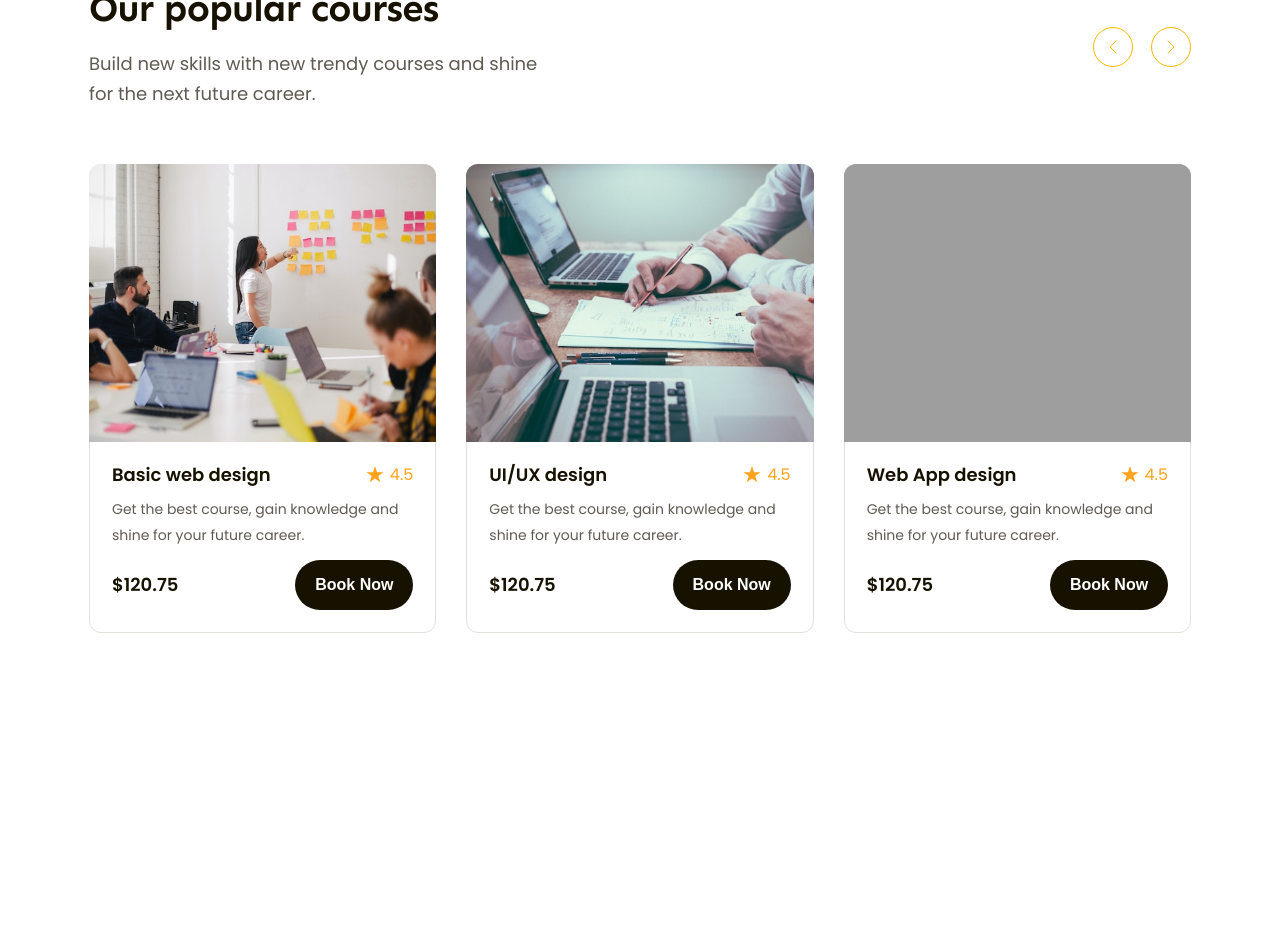
Repository: anhtien111198/f8-htmlcss-02
Page: index.html
The author's editor kept a copy of each file at every save. The page is drawn from the files as they stood at one save, then again after the next save.
The browser window is 1280 px wide. The pictures show the part of the page from y = 1115 to 2067 px (the page is 5000 px tall).
Pictures or frames that could not be fetched are drawn as grey boxes. A picture or video elsewhere on the page could not be fetched, so the positions and the page height are approximate.

Above is the page before, as saved 2023-05-09 10:55:53.

### index.html
<!DOCTYPE html>
<html lang="en">
    <head>
        <meta charset="UTF-8" />
        <meta http-equiv="X-UA-Compatible" content="IE=edge" />
        <meta name="viewport" content="width=device-width, initial-scale=1.0" />
        <title>F8 project 02</title>
        <!-- reset css -->
        <link rel="stylesheet" href="./assets/css/reset.css" />
        <!-- font style -->
        <link rel="preconnect" href="https://fonts.googleapis.com" />
        <link rel="preconnect" href="https://fonts.gstatic.com" crossorigin />
        <link
            href="https://fonts.googleapis.com/css2?family=Poppins:ital,wght@0,400;0,500;0,600;0,700;0,800;0,900;1,400&family=Sen:wght@700&display=swap"
            rel="stylesheet"
        />
        <!-- style css -->
        <link rel="stylesheet" href="./assets/css/style.css" />
    </head>
    <body>
        <main style="height: 5000px">
            <!-- header -->
            <header class="header fixed">
                <div class="main-content">
                    <div class="body">
                        <img
                            src="./assets/img/Logo.svg"
                            alt="lesson."
                            class="logo"
                        />
                        <!-- nav -->
                        <nav class="nav">
                            <ul>
                                <li class="active">
                                    <a href="#!">Home</a>
                                </li>
                                <li>
                                    <a href="#!">Courses</a>
                                </li>
                                <li>
                                    <a href="#!">Pricing</a>
                                </li>
                                <li>
                                    <a href="#!">Reviews</a>
                                </li>
                            </ul>
                        </nav>
                        <!-- action -->
                        <div class="action">
                            <a href="#!" class="btn sign-up-btn">Sign Up</a>
                        </div>
                    </div>
                </div>
            </header>
            <!-- Hero -->
            <div class="hero">
                <div class="main-content">
                    <div class="body">
                        <!-- hero-left -->
                        <div class="media-block">
                            <img
                                src="./assets/img/hero-img-2.jpg"
                                alt="Learn without limits and spread knowledge."
                                class="img"
                            />
                            <div class="hero-summary">
                                <div class="item">
                                    <div class="icon">
                                        <img
                                            src="./assets/icons/list.svg"
                                            alt="list"
                                        />
                                    </div>
                                    <div class="info">
                                        <p class="label">20 Courses</p>
                                        <p class="title">UI/UX Design</p>
                                    </div>
                                </div>

                                <div class="item">
                                    <div class="icon">
                                        <img
                                            src="./assets/icons/code.svg"
                                            alt="list"
                                        />
                                    </div>
                                    <div class="info">
                                        <p class="label">20 Courses</p>
                                        <p class="title">Development</p>
                                    </div>
                                </div>

                                <div class="item">
                                    <div class="icon">
                                        <img
                                            src="./assets/icons/speaker.svg"
                                            alt="list"
                                        />
                                    </div>
                                    <div class="info">
                                        <p class="label">30 Courses</p>
                                        <p class="title">Marketing</p>
                                    </div>
                                </div>
                            </div>
                        </div>
                        <!-- hero right -->
                        <div class="content-block">
                            <h1 class="heading lv1">
                                Learn without limits and spread knowledge.
                            </h1>
                            <p class="desc">
                                Build new skills for that “this is my year”
                                feeling with courses, certificates, and degrees
                                from world-class universities and companies.
                            </p>
                            <div class="cta-group">
                                <a href="" class="btn hero-cta">See Course</a>
                                <button class="watch-video">
                                    <div class="icon">
                                        <img
                                            src="./assets/icons/play.svg"
                                            alt="play"
                                        />
                                    </div>
                                    <span>Watch Video</span>
                                </button>
                            </div>
                            <p class="desc">Recent engagement</p>
                            <p class="desc stats">
                                <strong>50K</strong> Students
                                <strong>70+</strong> Courses
                            </p>
                        </div>
                    </div>
                </div>
            </div>
            <!-- Popular -->
            <div class="popular">
                <div class="main-content">
                    <div class="popular-top">
                        <div class="info">
                            <h2 class="heading lv2">Our popular courses</h2>
                            <p class="desc">
                                Build new skills with new trendy courses and
                                shine for the next future career.
                            </p>
                        </div>
                        <div class="controls">
                            <button class="control-btn">
                                <svg
                                    width="8"
                                    height="14"
                                    viewBox="0 0 8 14"
                                    fill="none"
                                    xmlns="http://www.w3.org/2000/svg"
                                >
                                    <path
                                        d="M7 1L1 7L7 13"
                                        stroke="currentColor"
                                        stroke-linecap="round"
                                        stroke-linejoin="round"
                                    />
                                </svg>
                            </button>
                            <button class="control-btn">
                                <svg
                                    width="8"
                                    height="14"
                                    viewBox="0 0 8 14"
                                    fill="none"
                                    xmlns="http://www.w3.org/2000/svg"
                                >
                                    <path
                                        d="M1 1L7 7L1 13"
                                        stroke="currentColor"
                                        stroke-linecap="round"
                                        stroke-linejoin="round"
                                    />
                                </svg>
                            </button>
                        </div>
                    </div>

                    <div class="course-list">
                        <!-- course 1 -->
                        <div class="course-item">
                            <a href="#!">
                                <img
                                    src="./assets/img/course-1.jpg"
                                    alt="Basic web design"
                                    class="thumb"
                                />
                            </a>
                            <div class="info">
                                <div class="head">
                                    <h3 class="title">Basic web design</h3>
                                    <div class="rating">
                                        <img
                                            src="./assets/icons/star.svg"
                                            alt="star"
                                            class="star"
                                        />
                                        <span class="value">4.5</span>
                                    </div>
                                </div>
                                <p class="desc">
                                    Get the best course, gain knowledge and
                                    shine for your future career.
                                </p>
                                <div class="foot">
                                    <span class="price">$120.75</span>
                                    <button class="btn book-btn">
                                        Book Now
                                    </button>
                                </div>
                            </div>
                        </div>

                        <!-- course-2 -->
                        <div class="course-item">
                            <a href="">
                                <img
                                    src="./assets/img/course-2.jpg"
                                    alt="UI/UX design"
                                    class="thumb"
                                />
                            </a>
                            <div class="info">
                                <div class="head">
                                    <h3 class="title">UI/UX design</h3>
                                    <div class="rating">
                                        <img
                                            src="./assets/icons/star.svg"
                                            alt="star"
                                            class="star"
                                        />
                                        <span class="value">4.5</span>
                                    </div>
                                </div>
                                <p class="desc">
                                    Get the best course, gain knowledge and
                                    shine for your future career.
                                </p>
                                <div class="foot">
                                    <span class="price">$120.75</span>
                                    <button class="btn book-btn">
                                        Book Now
                                    </button>
                                </div>
                            </div>
                        </div>
                        <!-- course 3 -->
                        <div class="course-item">
                            <a href="">
                                <img
                                    src="./assets/img/course-3.jpg"
                                    alt="Web App design"
                                    class="thumb"
                                />
                            </a>
                            <div class="info">
                                <div class="head">
                                    <h3 class="title">Web App design</h3>
                                    <div class="rating">
                                        <img
                                            src="./assets/icons/star.svg"
                                            alt="star"
                                            class="star"
                                        />
                                        <span class="value">4.5</span>
                                    </div>
                                </div>
                                <p class="desc">
                                    Get the best course, gain knowledge and
                                    shine for your future career.
                                </p>
                                <div class="foot">
                                    <span class="price">$120.75</span>
                                    <button class="btn book-btn">
                                        Book Now
                                    </button>
                                </div>
                            </div>
                        </div>
                    </div>
                </div>
            </div>
        </main>
    </body>
</html>

### assets/css/style.css
* {
    box-sizing: border-box;
}
:root {
    --primary: #ffb900;
    --font-heading: Sen, sans-serif;
}
html {
    font-size: 62.5%;
}
body {
    font-size: 1.6rem;
    font-family: "Poppins", sans-serif;
}
/* =========Common============= */
a {
    text-decoration: none;
}
.btn {
    display: inline-block;
    min-width: 118px;
    padding: 0 16px;
    line-height: 50px;
    font-weight: 600;
    font-size: 1.6rem;
    text-align: center;
    color: #ffffff;
    background: #171100;
    border-radius: 999px;
}
.btn:hover {
    cursor: pointer;
    opacity: 0.9;
}
.heading {
    font-family: var(--font-heading);
    font-weight: 700;
    letter-spacing: -0.02em;
    color: #171100;
}
.heading.lv1 {
    font-size: 5.8rem;
    line-height: 1.17;
}
.heading.lv2 {
    font-size: 3.8rem;
    line-height: 1.26;
}
.main-content {
    width: 1170px;
    max-width: calc(100% - 48px);
    margin: auto;
}
/* =========Header============= */
.header {
    background-color: #fffcf4;
}
.header.fixed {
    position: sticky;
    top: -28px;
    z-index: 9;
}
.header .body {
    display: flex;
    align-items: center;
    padding: 36px 0 8px;
}
.nav {
    margin-left: auto;
}
.nav ul {
    display: flex;
}
.nav a {
    position: relative;
    padding: 8px 21px;
    font-weight: 400;
    font-size: 1.6rem;
    color: #5f5b53;
}
.nav a:hover,
.nav li.active a {
    /* font-weight: 600; */
    text-shadow: 1px 0 0 currentColor;
    color: #171100;
}
.nav li.active a::after {
    position: absolute;
    content: "";
    bottom: 6px;
    left: 21px;
    display: block;
    width: 12px;
    height: 2px;
    background: #171100;
    border-radius: 1px;
}
.header .sign-up-btn {
    min-width: 144px;
}
.header .action {
    margin-left: 49px;
}
/* =========hero============== */
.hero {
    padding: 56px 0 65px;
    background: #fffcf4;
}
.hero .body {
    display: flex;
}

/* ========hero left============== */
.hero .media-block {
    position: relative;
    width: 48%;
}
.hero .media-block .img {
    width: 470px;
    height: 685px;
    object-fit: cover;
    border-radius: 20px;
    /* dùng để xử lý phần thừa khi sử dụng thẻ inline */
    display: block;
}
.hero-summary {
    position: absolute;
    width: 270px;
    padding: 24px;
    right: 0;
    bottom: 48px;
    background: #ffffff;
    box-shadow: 0px 16px 32px rgba(0, 0, 0, 0.05);
    border-radius: 12px;
}
.hero-summary .item {
    display: flex;
    align-items: center;
}
.hero-summary .item + .item {
    margin-top: 22px;
}
.hero-summary .icon {
    width: 48px;
    height: 48px;
    border-radius: 50%;
    display: flex;
    justify-content: center;
    align-items: center;
    background: #fff9e8;
}
.hero-summary .item:nth-of-type(2) .icon {
    background: #fcefff;
}
.hero-summary .item:nth-of-type(2) .icon {
    background: #ebeaff;
}
.hero-summary .info {
    margin-left: 16px;
}
.hero-summary .label {
    font-weight: 400;
    font-size: 1.4rem;
    line-height: 1.86;
    color: #5f5b53;
}
.hero-summary .title {
    font-weight: 600;
    font-size: 1.8rem;
    line-height: 1.67;
    color: #171100;
}

/* =========hero right============= */
.hero .content-block {
    width: 52%;
    padding: 64px 0 0 130px;
}

.hero .desc {
    margin-top: 22px;
    font-weight: 400;
    font-size: 1.8rem;
    line-height: 1.67;
    color: #5f5b53;
}
.hero .cta-group {
    display: flex;
    align-items: center;
    margin: 38px 0 48px;
}
.hero-cta {
    min-width: 180px;
    line-height: 64px;
    background-color: var(--primary);
}
.hero .watch-video {
    display: flex;
    align-items: center;
    margin-left: 28px;
    border: none;
    background: #fffcf4;
    cursor: pointer;
}
.hero .watch-video .icon {
    display: flex;
    align-items: center;
    justify-content: center;
    width: 40px;
    height: 40px;
    border-radius: 50%;
    background: #ffffff;
    box-shadow: 0px 8px 16px rgba(0, 0, 0, 0.07);
}

.hero .watch-video span {
    margin-left: 14px;
    font-weight: 600;
    font-size: 1.8rem;
    line-height: 1.67;
    color: #171100;
    background: #fffcf4;
}
.hero .stats {
    margin: 8px 0 0 -28px;
}
.hero .stats strong {
    padding: 0 8px 0 28px;
    font-family: var(--font-heading);
    font-weight: 700;
    font-size: 4.4rem;
    line-height: 1.23;
    color: #171100;
}

/* =========Popular========= */
.popular {
    padding: 65px;
    margin-top: 135px;
}
.popular-top {
    display: flex;
    justify-content: space-between;
}
.popular-top .desc {
    margin-top: 16px;
    width: 458px;
    font-weight: 400;
    font-size: 1.8rem;
    line-height: 1.67;
    color: #5f5b53;
}
.popular-top .controls {
    display: flex;
    align-items: center;
    gap: 18px;
}
.popular-top .control-btn {
    display: flex;
    align-items: center;
    justify-content: center;
    width: 40px;
    height: 40px;
    border-radius: 50%;
    color: var(--primary);
    border: 1px solid var(--primary);
    background: transparent;
}
.popular-top .control-btn:hover {
    background: var(--primary);
    color: #fff;
    cursor: pointer;
}
.popular .course-list {
    display: flex;
    gap: 30px;
    margin-top: 55px;
}
.popular .course-item {
    flex: 1;
    background: #ffffff;
    border: 1px solid #e2dfda;
    border-radius: 12px;
}
.popular .course-item:hover {
    border-color: transparent;
    background: #ffffff;
    box-shadow: 0px 18px 36px rgba(0, 0, 0, 0.05);
}
.popular .course-item .thumb {
    width: calc(100% + 2px);
    height: 278px;
    margin: -1px;
    object-fit: cover;
    border-radius: 12px 12px 0px 0px;
}
.popular .course-item .info {
    padding: 16px 22px 22px 22px;
}
.popular .course-item .rating,
.popular .course-item .foot,
.popular .course-item .head {
    display: flex;
    align-items: center;
    justify-content: space-between;
}
.popular .course-item .title {
    font-weight: 600;
    font-size: 1.8rem;
    line-height: 1.67;
    color: #171100;
}
.popular .rating .value {
    margin-left: 6px;
    font-weight: 400;
    font-size: 1.6rem;
    line-height: 1.75;
    color: #fea31b;
}
.popular .course-item .desc {
    margin-top: 6px;
    font-weight: 400;
    font-size: 1.4rem;
    line-height: 1.86;
    color: #5f5b53;
}
.popular .course-item .foot {
    margin-top: 12px;
}

.popular .foot .price {
    font-weight: 600;
    font-size: 1.8rem;
    line-height: 1.67;
    color: #171100;
}
.popular .course-item .book-btn {
    border: none;
}
.popular .course-item .book-btn:hover {
    color: #fff;
    background: var(--primary);
}

Loaded but not shown: assets/css/reset.css (common file)

After the next save:
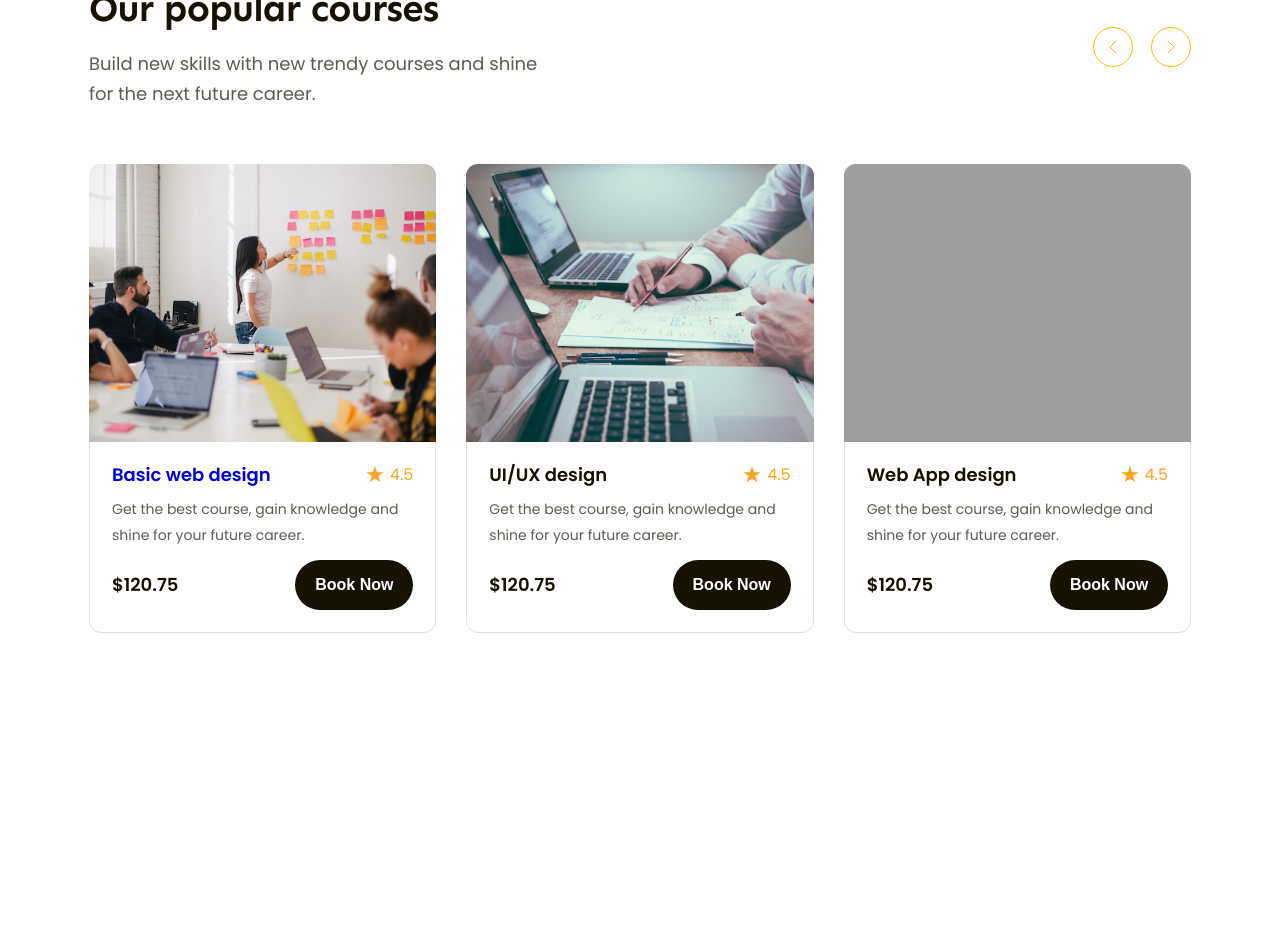
Saved 48 s later.
--- a/index.html
+++ b/index.html
@@ -194,7 +194,9 @@
                             </a>
                             <div class="info">
                                 <div class="head">
-                                    <h3 class="title">Basic web design</h3>
+                                    <h3 class="title">
+                                        <a href="#!">Basic web design</a>
+                                    </h3>
                                     <div class="rating">
                                         <img
                                             src="./assets/icons/star.svg"
